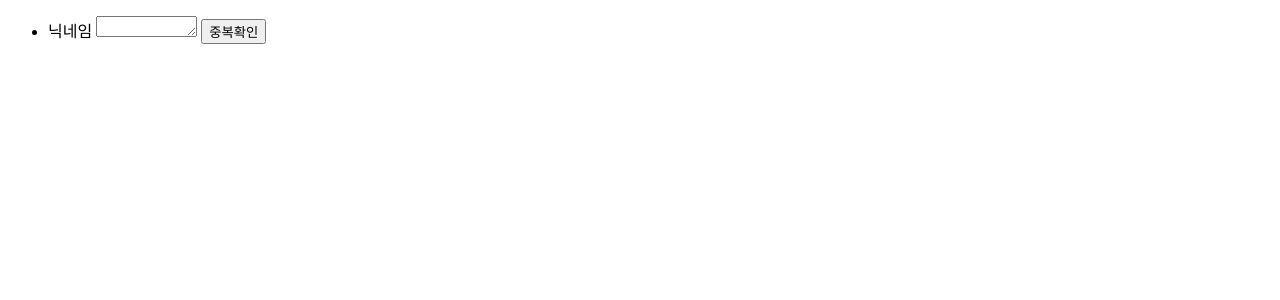
Repository: onpul/TEAM1
Page: http://localhost/Riding/mj/JoinForm.jsp
The author's editor kept a copy of each file at every save. The page is drawn from the files as they stood at one save, then again after the next save.
The browser window is 1280 px wide. The pictures show the whole page.
The page is served by Tomcat 9. Other server files are loaded and not shown.

Above is the page before, as saved 2022-06-04 09:21:51.

### Riding/WebContent/mj/JoinForm.jsp
<%@ page contentType="text/html; charset=UTF-8"%>
<%
	request.setCharacterEncoding("UTF-8");
	String cp = request.getContextPath();
%>
<!DOCTYPE html>
<html>
<head>
<meta charset="UTF-8">
<title>JoinForm.jsp</title>
</head>
<body>

<div>
	<form action="">
		<ul>
			<li>닉네임 <textarea name="nickname" id="nickname" cols="10" rows="1"></textarea> <button type="button">중복확인</button></li>
		</ul>
	</form>
</div>

</body>
</html>

After the next save:
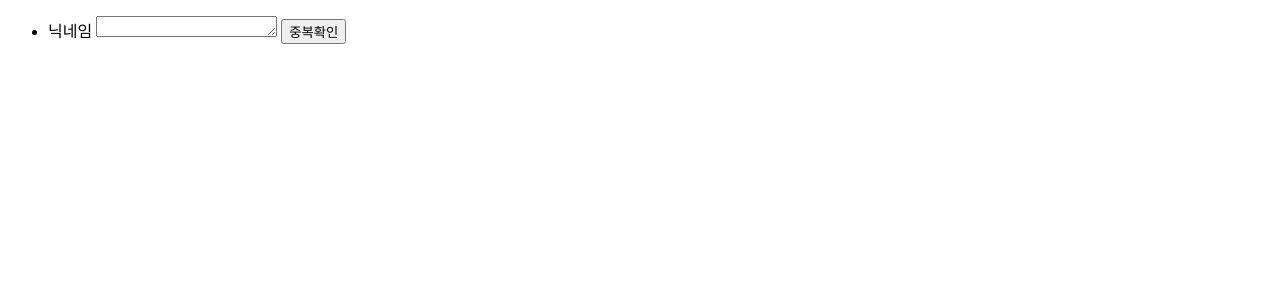
Saved 15 s later.
--- a/Riding/WebContent/mj/JoinForm.jsp
+++ b/Riding/WebContent/mj/JoinForm.jsp
@@ -14,7 +14,7 @@
 <div>
 	<form action="">
 		<ul>
-			<li>닉네임 <textarea name="nickname" id="nickname" cols="10" rows="1"></textarea> <button type="button">중복확인</button></li>
+			<li>닉네임 <textarea name="nickname" id="nickname" cols="20" rows="1"></textarea> <button type="button">중복확인</button></li>
 		</ul>
 	</form>
 </div>
